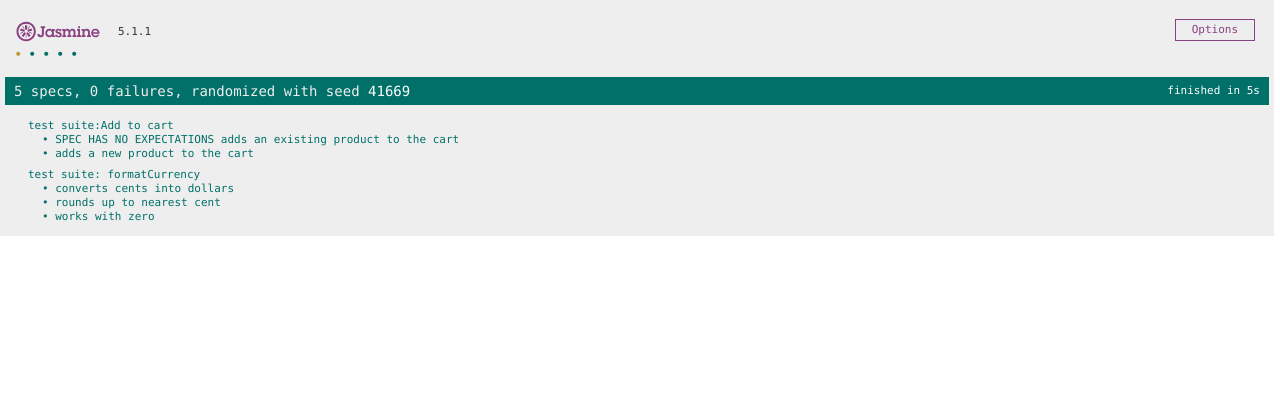
Repository: Srikeerthi05/Amazon-project
Page: tests-jasmine/tests.html
These files come from the project's save history. The page is drawn as it stood at one moment and after the next save; the edit follows.
The browser window is 1280 px wide. The pictures show the whole page.

Above is the page before, as saved 2025-05-25 13:42:14.

After the next save:
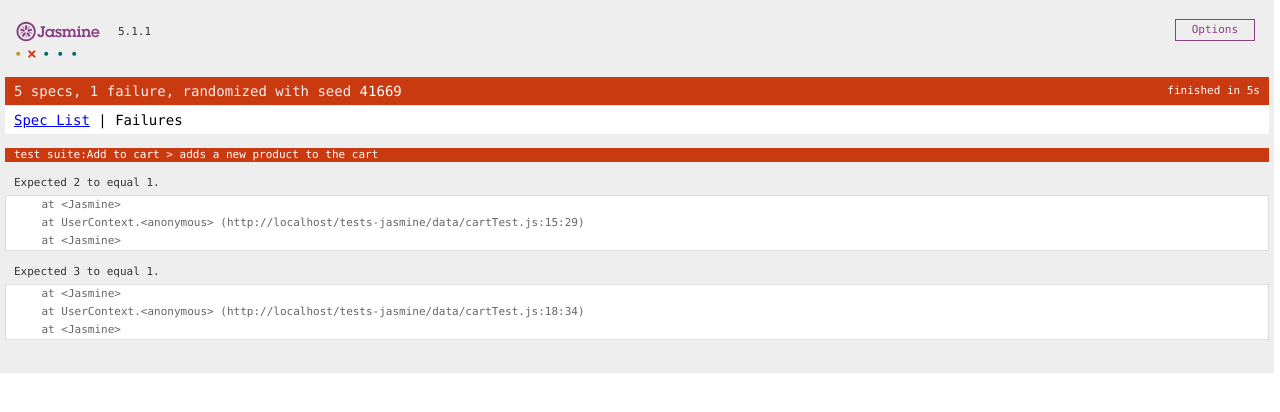
Saved 27 s later.
--- a/tests-jasmine/data/cartTest.js
+++ b/tests-jasmine/data/cartTest.js
@@ -9,11 +9,7 @@
         spyOn(localStorage,'setItem');
 
 
-        spyOn(localStorage,'getItem').and.callFake(()=>{
-            return JSON.stringify([]);
-        });
 
-        loadFromStorage();
 
         addToCart('e43638ce-6aa0-4b85-b27f-e1d07eb678c6');
         expect(cart.length).toEqual(1);

After the save that followed:
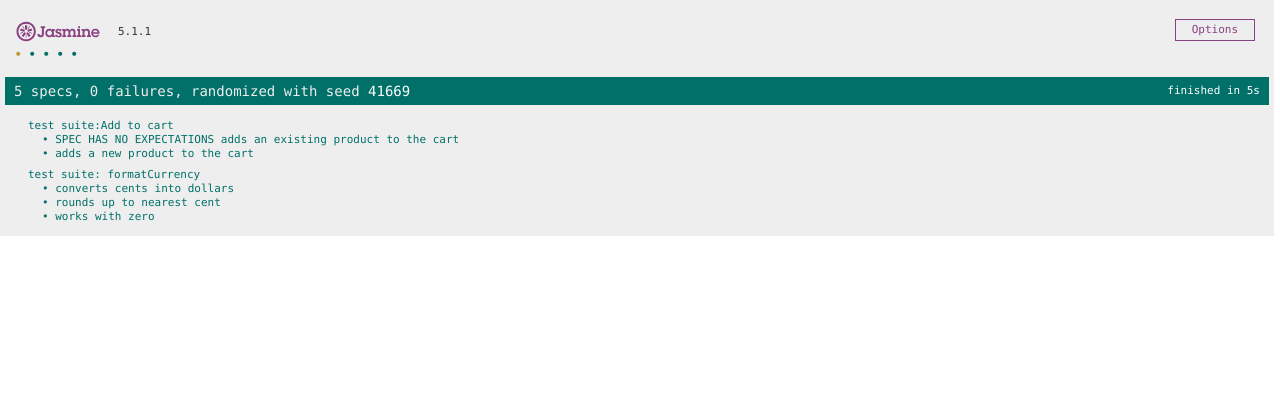
Saved 4 s later.
--- a/tests-jasmine/data/cartTest.js
+++ b/tests-jasmine/data/cartTest.js
@@ -2,7 +2,11 @@
 
 describe('test suite:Add to cart',()=>{
     it('adds an existing product to the cart',()=>{
+        spyOn(localStorage,'getItem').and.callFake(()=>{
+            return JSON.stringify([]);
+        });
 
+        loadFromStorage();
     });
 
     it('adds a new product to the cart',()=>{
